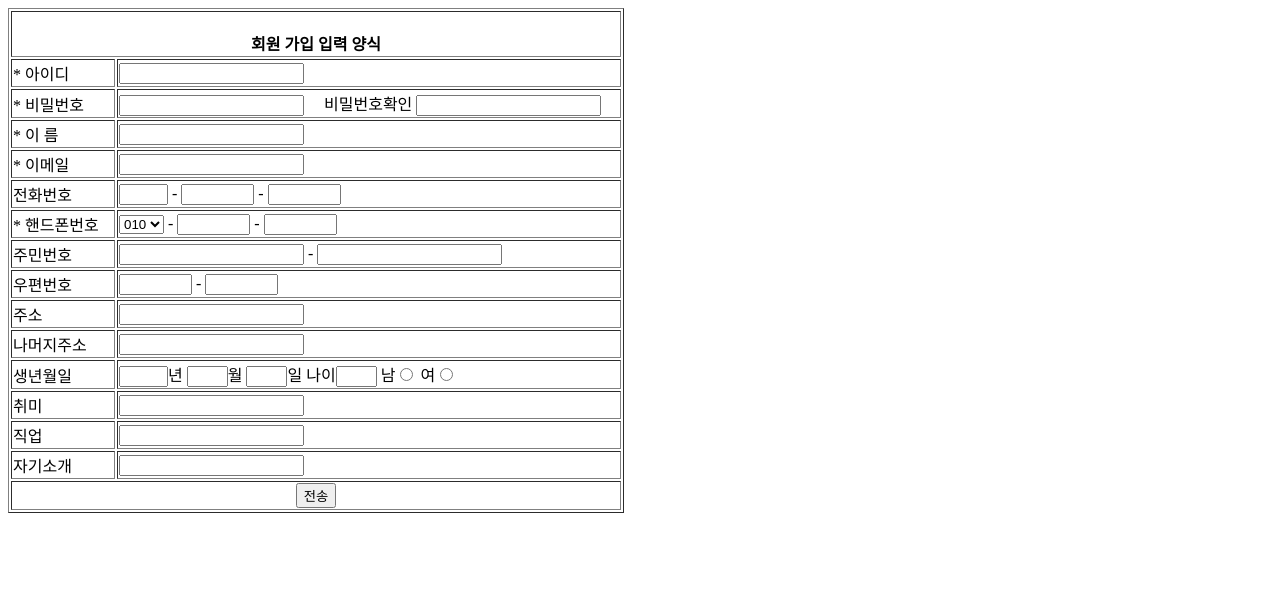
Repository: vkfkstptkd1/WebProgramming
Page: ch3_FormTag/WebContent/In_Form.html
The author's editor kept a copy of each file at every save. The page is drawn from the files as they stood at one save, then again after the next save.
The browser window is 1280 px wide. The pictures show the whole page.

Above is the page before, as saved 2021-03-20 07:21:24.

### ch3_FormTag/WebContent/In_Form.html
<!DOCTYPE html>
<html>
<head>
<meta charset="EUC-KR">
<title>First Practice : In_ Form</title>
</head>
<body>
<form action= "In_Form_ok.jsp" method="post">
	<table border="1">
	<tr><th colspan=2><br>회원 가입 입력 양식</th></tr><!--표제목  -->
	<tr><td width= "100"> * 아이디</td>
		<td width="500"> <input type="text" name="id"></td>
	</tr>
	<tr><td> * 비밀번호</td>
		<td> <input type="text" name="pwd"> &nbsp;&nbsp;&nbsp;&nbsp;비밀번호확인 <input type="text" name="pwdok">
		</td>
	</tr>
	<tr><td> * 이 름</td>
		<td> <input type="text" name="name"></td>
	</tr>
	<tr><td> * 이메일</td>
		<td> <input type="text" name="email"></td>
	</tr>
	<tr><td> 전화번호</td>
		<td><input type="text" name="homenumber" size=3>
			-
			<input type="text" name="homenumber" size=6>
			-
			<input type="text" name="homenumber" size=6>
		</td>
	</tr>
	<tr><td> * 핸드폰번호</td>
		<td>
		<SELECT NAME="phonenumber1">
		<OPTION VALUE="010">010</OPTION>
		<OPTION VALUE="011">011</OPTION>
		<OPTION VALUE="012">012</OPTION>
		</SELECT>
		-
		<input type="text" name="phonenumber2" size=6>
		-
		<input type="text" name="phonenumber3" size=6>
		</td>
	</tr>
	<tr><td> 주민번호</td>
		<td> <input type="text" name="ssn1">
			 -
			 <input type="text" name="ssn2">
		</td>
	</tr>
	<tr><td> 우편번호</td>
		<td> <input type="text" name="pn1" size =6>
			 -
			 <input type="text" name="pn2" size=6></td>
	</tr>
	<tr><td> 주소</td>
		<td> <input type="text" name="ad" ></td>
	</tr>
	<tr><td> 나머지주소</td>
		<td> <input type="text" name="remainderad"></td>
	</tr>
	<tr><td> 생년월일</td>
		<td> <input type="text" name="year" size=3>년
			 <input type="text" name="month" size=2>월
			 <input type="text" name="day" size=2>일
			 나이<input type="text" name="age" size=2>
			 남<input type="radio" name="gender" value="남">
			 여<input type="radio" name="gender" value="여">
		</td>
	</tr>
	<tr><td> 취미</td>
		<td> <input type="text" name="id"></td>
	</tr>
	<tr><td > 직업</td>
		<td > <input type="text" name="id"></td>
	</tr>
	<tr><td > 자기소개</td>
		<td > <input type="text" name="id"></td>
	</tr>
	<tr>
		<td colspan="2"><center><input type="submit" value="전송" ></center></td>
	</tr>
	</table>
</form>
</body>
</html>

After the next save:
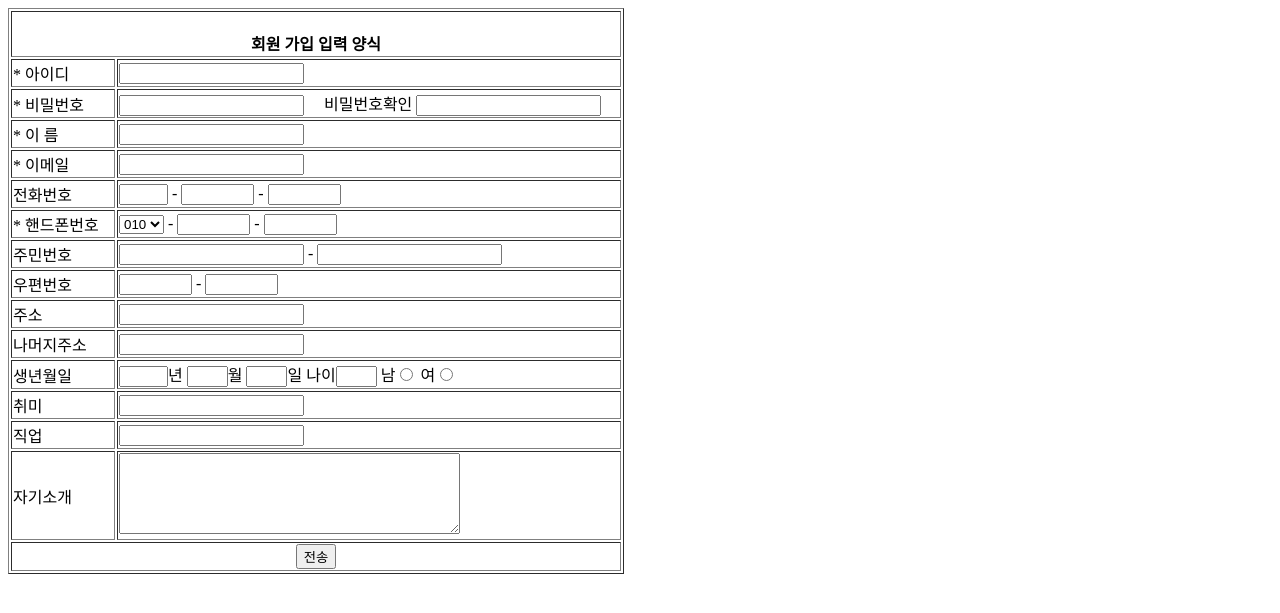
Saved 36 s later.
--- a/ch3_FormTag/WebContent/In_Form.html
+++ b/ch3_FormTag/WebContent/In_Form.html
@@ -75,7 +75,7 @@
 		<td > <input type="text" name="id"></td>
 	</tr>
 	<tr><td > 자기소개</td>
-		<td > <input type="text" name="id"></td>
+		<td > <textarea name="intro" rows=5 cols=40></textarea></td>
 	</tr>
 	<tr>
 		<td colspan="2"><center><input type="submit" value="전송" ></center></td>
